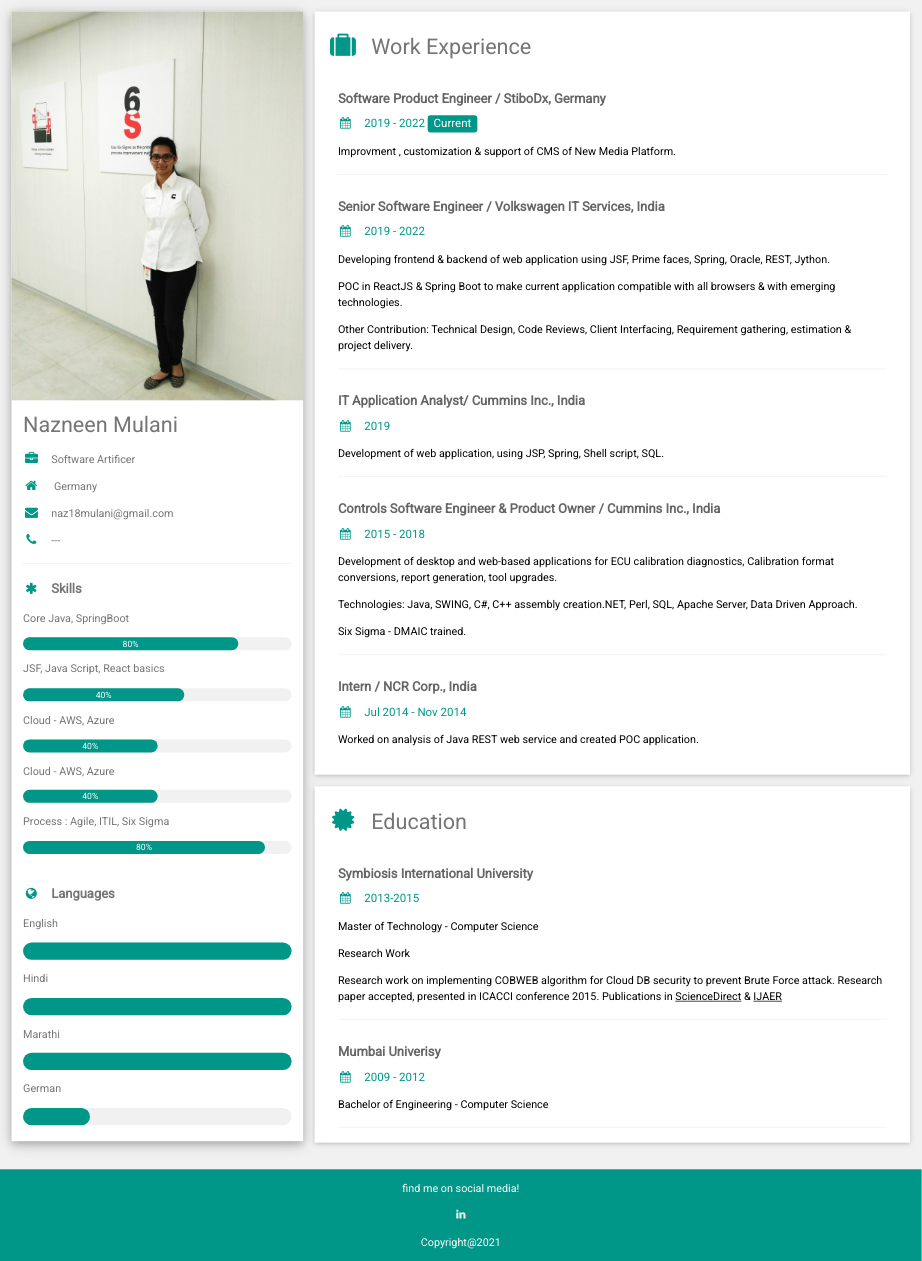
Repository: nazneenprojects/nazneen.github.io
Page: index.html
These files come from the project's save history. The page is drawn as it stood at one moment and after the next save; the edit follows.
The browser window is 1280 px wide. The pictures show the whole page, at 72% of full size.

Above is the page before, as saved 2023-07-08 23:46:21.

After the next save:
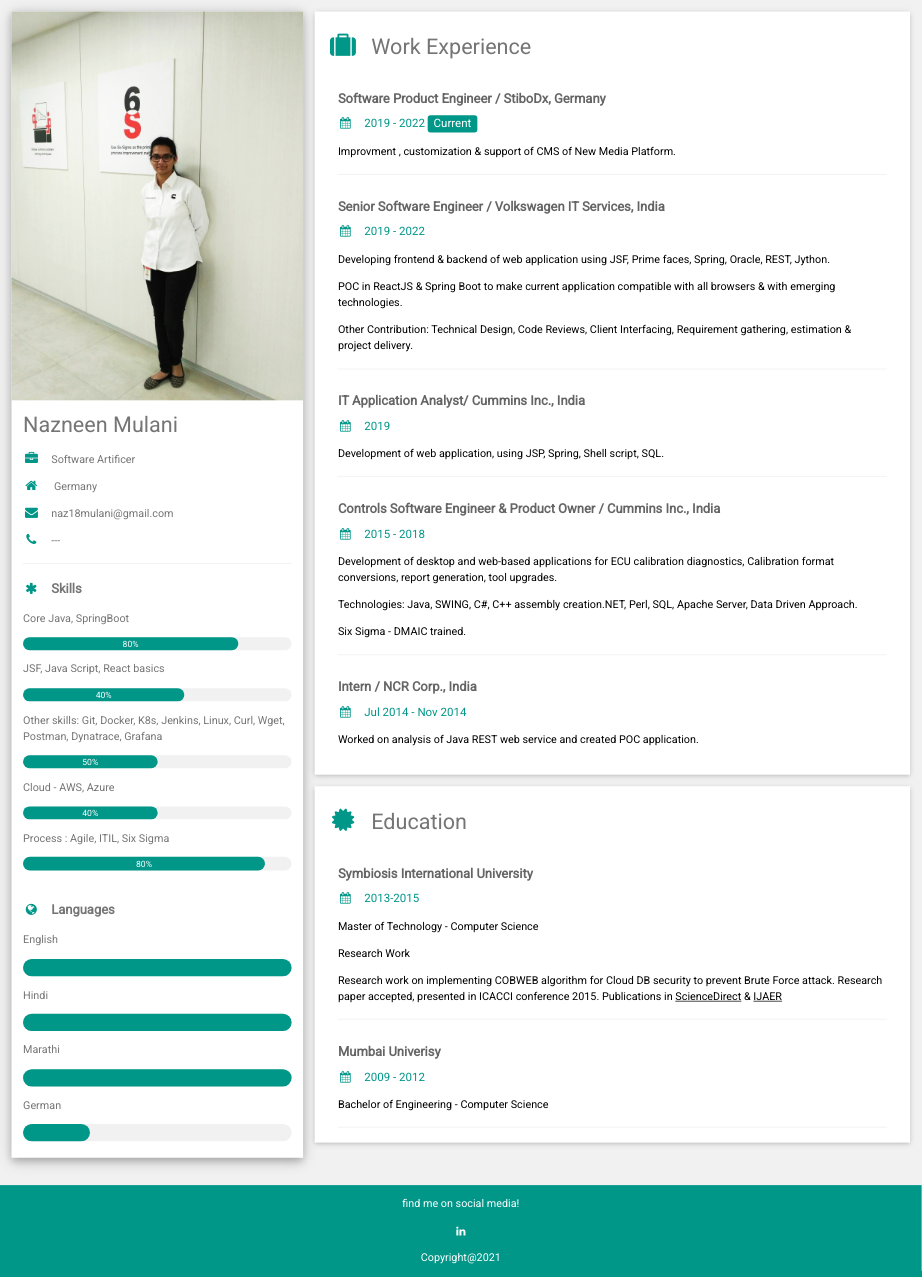
Saved 99 s later.
--- a/index.html
+++ b/index.html
@@ -45,9 +45,9 @@
               <div class="w3-center w3-text-white">40%</div>
             </div>
           </div>
-          <p>Cloud - AWS, Azure</p>
+          <p>Other skills: Git, Docker, K8s, Jenkins, Linux, Curl, Wget, Postman, Dynatrace, Grafana</p>
           <div class="w3-light-grey w3-round-xlarge w3-small">
-            <div class="w3-container w3-center w3-round-xlarge w3-teal" style="width:50%">40%</div>
+            <div class="w3-container w3-center w3-round-xlarge w3-teal" style="width:50%">50%</div>
           </div>
           <p>Cloud - AWS, Azure</p>
           <div class="w3-light-grey w3-round-xlarge w3-small">
